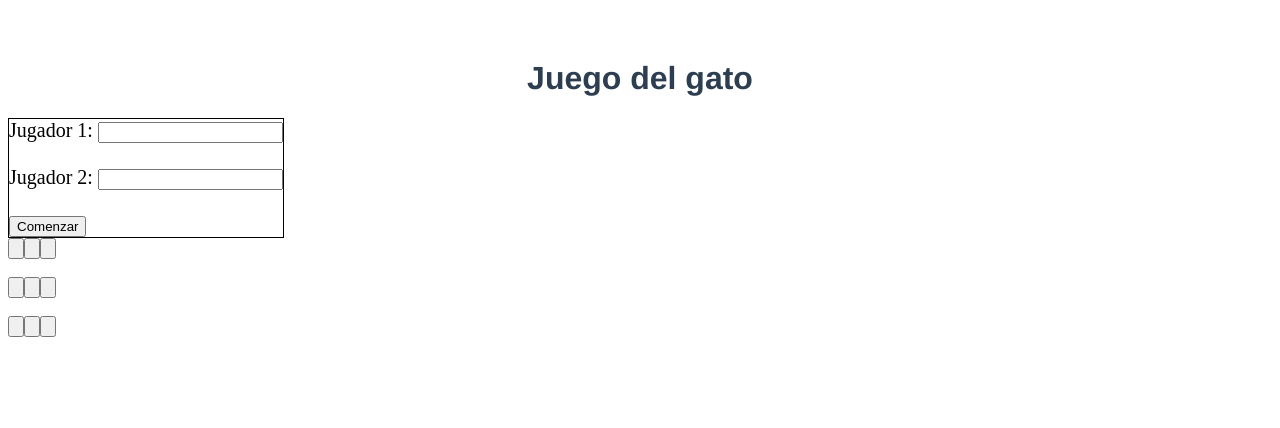
Repository: franciscamanquecheo/Taller-2
Page: / (app in vite-project/)
An editor plug-in stored every save of this project. The page is shown before and after the next save, followed by the edit.
The browser window is 1280 px wide. The pictures show the whole page.
The project was rebuilt for these pictures with package versions that can differ from the ones it lists, and the page was loaded fresh each time. Also part of the build but not shown: vite-project/vite.config.ts.

Above is the page before, as saved 2022-06-17 17:25:17.

After the next save:
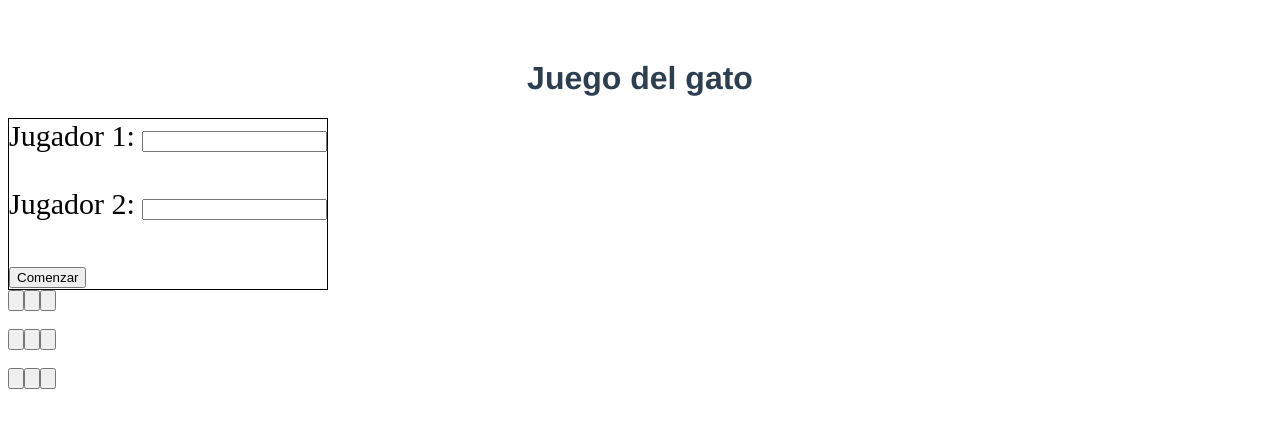
Saved 8 s later.
--- a/vite-project/src/App.vue
+++ b/vite-project/src/App.vue
@@ -58,7 +58,7 @@ article#comandos{
   display: inline-block;
   text-align: left;
   border: 1px solid black;
-font-size: 20px;
+font-size: 30px;
 }
 section{
   display: inline-block;
